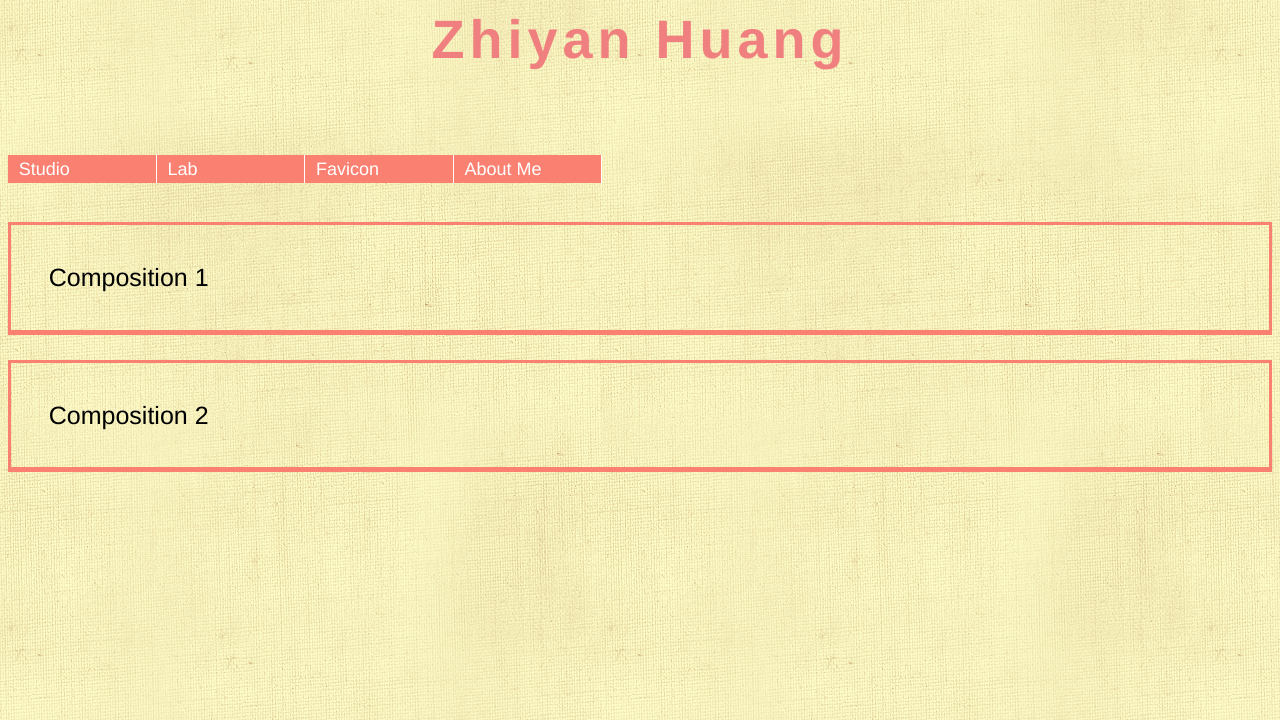
Repository: huanz488/huanz488-github.io
Page: lab.html
The author's editor kept a record of every edit. The page is drawn from the files as they stood at one moment, then again after the next edit.
The browser window is 1280 px wide. The pictures show the whole page.

Above is the page before.

### lab.html
<html>
    <head>
    <title>Zhiyan Huang</title>


    <body>
    <h1><center>Zhiyan Huang</center></h1>

    <marquee direction=right><font size=5>Welcome to my page.</font></marquee><br>
    <br>

    </body>
    </head>

<style type="text/css">
ul
{
float:left;
width:100%;
padding:0;
margin:0;
list-style-type:none;
}
a
{
float:left;
width:7em;
text-decoration:none;
color:white;
background-color:#FA8072;
padding:0.2em 0.6em;
border-right:1px solid white;
}
a:hover {background-color:#ff3300}
li {display:inline}
</style>

</head>

<body>
<ul>
<li><a href="#">Studio</a></li>
<li><a href="#">Lab</a></li>
<li><a href="#">Favicon</a></li>
<li><a href="#">About Me</a></li>
</ul>

</style>

<style>

      body { font-size:18px;font-family:Helvetica;}
      body {background-color: #FFFFCC; background-image:url(background.png);}
      h1 {letter-spacing: 5px; font-size: 300%; color:#F08080;}

</style>

<style type="text/css">

p.solid {border-style: solid; border-color: #FA8072; font-size:25px; center border-top-width:5px; border-bottom-width:5px; padding:1cm;}
p.solid2 {border-style: solid; border-color: #FA8072; font-size:25px; center border-top-width:5px; border-bottom-width:5px; padding:1cm;}
</style>

<body>
<br><br><p class="solid">Composition 1 </p>

<p class="solid2">Composition 2</p>

</body>

After the next edit:
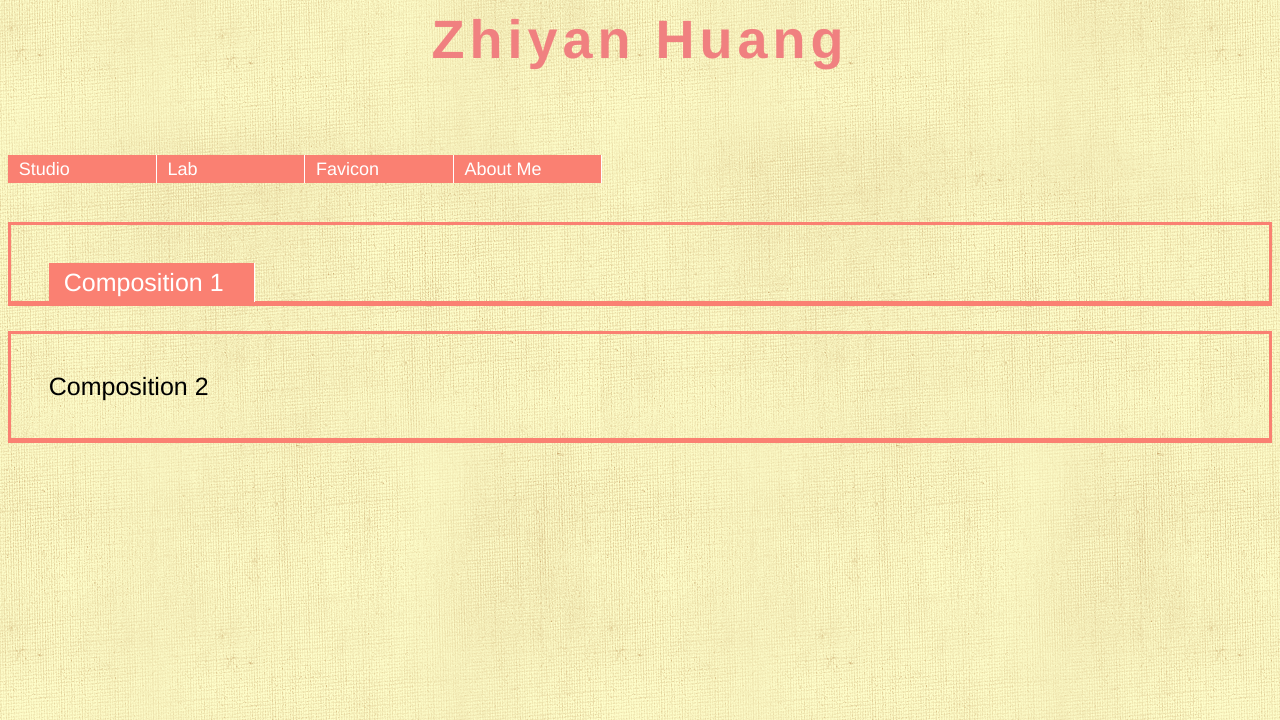
The edit:
--- a/lab.html
+++ b/lab.html
@@ -62,7 +62,7 @@
 </style>
 
 <body>
-<br><br><p class="solid">Composition 1 </p>
+<br><br><p class="solid"><a href="composition/composition.html">Composition 1</a> </p>
 
 <p class="solid2">Composition 2</p>
 
